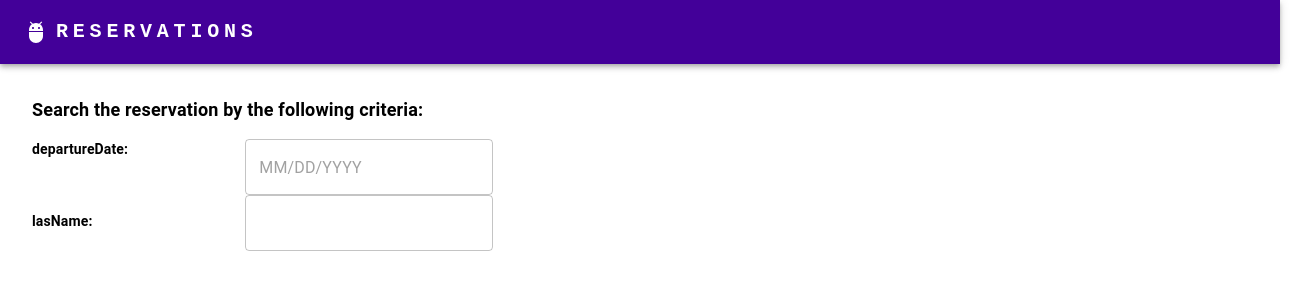
Repository: jbpadilha/reservationAWSRXJS
Page: /search
An editor plug-in stored every save of this project. The page is shown before and after a run of saves, followed by the edit.
The browser window is 1280 px wide. The page is 1312 px wide, so the pictures cover 1312 px, including what lies to the right of the window. The pictures show the whole page.
The project was rebuilt for these pictures with package versions that can differ from the ones it lists, and the page was loaded fresh each time. Also part of the build but not shown: src/App.css.

Above is the page before, as saved 2023-07-11 20:17:00.

### src/index.tsx
import React, { Suspense } from "react";
import ReactDOM from "react-dom";
import { Provider } from "react-redux";
import { ThemeProvider } from "@mui/material/styles";
import "./index.css";
import { PersistGate } from "redux-persist/integration/react";
import { CircularProgress, LinearProgress } from "@mui/material";
import { persistStore } from "redux-persist";
import App from "./App";
import muiTheme from "./config/muiTheme";
import { store } from "./store/store";
import "./config/i18next";

<link rel="preconnect" href="https://fonts.googleapis.com" />;
<link rel="preconnect" href="https://fonts.gstatic.com" crossOrigin="" />;
<link
  href="https://fonts.googleapis.com/css2?family=Inter:wght@100;300;400;500;600;700&family=Roboto:ital,wght@0,300;0,400;0,500;0,700;1,400&display=swap"
  rel="stylesheet"
/>;
<link
  rel="stylesheet"
  href="https://fonts.googleapis.com/icon?family=Material+Icons"
/>;

// eslint-disable-next-line import/prefer-default-export
export const persistor = persistStore(store as any);

ReactDOM.render(
  <Provider store={store}>
    <PersistGate loading={<CircularProgress />} persistor={persistor}>
      <ThemeProvider theme={muiTheme}>
        <Suspense fallback={<LinearProgress />}>
          <App />
        </Suspense>
      </ThemeProvider>
    </PersistGate>
  </Provider>,
  document.getElementById("root") as HTMLElement,
);

### src/App.tsx
import React from "react";
import "./App.css";

import RoutesComponent from "./components/routes/RoutesComponent";

const App = () => (
  <div className="App">
    <RoutesComponent />
  </div>
);

export default App;

### src/config/muiTheme.ts
import { createTheme } from "@mui/material";

const muiTheme = createTheme({
  background: "white",
  breakpoints: {
    values: {
      xs: 0,
      sm: 600,
      md: 960,
      lg: 1440,
      xl: 1964,
    },
  },
  palette: {
    primary: {
      main: "#430099",
      dark: "#EB078C",
    },
    baseColor: "##430099",
    baseColorTxt: "#6c757d",
    lightGreyTxt: "#98a6ad",
    backgroundGray: "#F9F9F9",
    titleDarkRed: "#0B1B39",
    fontColorRed: "#EB078C",
  },
});

export default muiTheme;

### src/store/store.ts
import { configureStore } from "@reduxjs/toolkit";
import { persistReducer } from "redux-persist";
import sessionStorage from "redux-persist/lib/storage";
import reducers from "./reducers";

const persistConfig = {
  key: "root",
  storage: sessionStorage,
};

const persistedReducer = persistReducer(persistConfig, reducers);

export const store = configureStore({ reducer: persistedReducer });

// Infer the `RootState` and `AppDispatch` types from the store itself
export type RootState = ReturnType<typeof store.getState>;
// Inferred type: {posts: PostsState, comments: CommentsState, users: UsersState}
export type AppDispatch = typeof store.dispatch;

### src/config/i18next.ts
/* eslint-disable import/no-unresolved */
/* eslint-disable camelcase */
import i18next from "i18next";
import { initReactI18next } from "react-i18next";
import LanguageDetector from "i18next-browser-languagedetector";

import en from "./locales/eng.json";

const options = {
  // order and from where user language should be detected
  order: [
    "querystring",
    "cookie",
    "localStorage",
    "sessionStorage",
    "navigator",
    "htmlTag",
    "path",
    "subdomain",
  ],
};

const i18nOptions: any = {
  fallbackLng: "en",
  detection: options,
  debug: false,
  resources: {
    en: { translation: en },
  },
  interpolation: {
    escapeValue: false,
  },
  react: {
    bindI18n: "languageChanged",
    bindI18nStore: "",
    transEmptyNodeValue: "",
    transSupportBasicHtmlNodes: true,
    useSuspense: true,
    omitBoundRerender: false,
  },
};

i18next.use(LanguageDetector).use(initReactI18next).init(i18nOptions);

export default i18next;

### src/components/routes/RoutesComponent.tsx
import React from "react";
import { BrowserRouter, Route, Routes } from "react-router-dom";

const Main = React.lazy(() => import("../Main"));
const RoutesComponent = () => {
  return (
    <BrowserRouter>
      <Routes>
        <Route path="/" element={<Main />} />
        <Route path="*" element={<Main />} />
      </Routes>
    </BrowserRouter>
  );
};
export default RoutesComponent;

### src/store/reducers.ts
import { combineReducers } from "redux";
import genericReducer from "./genericReducer";

export default combineReducers({
  reservations: genericReducer,
});

### src/config/locales/eng.json
{
    "departureDate": "departureDate",
    "lasName": "lasName"
}

### src/components/Main.tsx
import React from "react";
import { Grid } from "@mui/material";
import Header from "./Header";
import MainRoutes from "./routes/MainRoutes";

const Main = () => {
  return (
    <Grid
      container
      sx={{ width: "100%", height: "100%", flexDirection: "row" }}
    >
      <Grid component="header" item xs={12} sx={{ fontSize: 24 }}>
        <Header />
      </Grid>
      <Grid item xs={12} component="main">
        <MainRoutes />
      </Grid>
    </Grid>
  );
};

export default Main;

### src/store/genericReducer.ts
/* eslint-disable default-param-last */
import { Action, State } from "../interfaces/interfaces";
import { GenericActions } from "./genericActions";

const initialState: State = {
  openMessageModal: false,
  typeMessage: "info",
  messageModal: "",
  loading: false,
};
const genericReducer = (
  state: State = initialState,
  { type, payload }: Action,
): any => {
  switch (type) {
    case GenericActions.CLOSE_MESSAGE_MODAL:
      return {
        ...state,
        openMessageModal: false,
        messageModal: null,
        typeMessage: "info",
      };
    case GenericActions.INFO_MESSAGE_MODAL:
      return {
        ...state,
        openMessageModal: true,
        messageModal: payload,
        typeMessage: "info",
      };
    case GenericActions.SUCCESS_MESSAGE_MODAL:
      return {
        ...state,
        openMessageModal: true,
        messageModal: payload,
        typeMessage: "success",
      };
    case GenericActions.FAIL_MESSAGE_MODAL:
      return {
        ...state,
        openMessageModal: true,
        messageModal: payload,
        typeMessage: "error",
      };
    case GenericActions.API_GENERIC_SUCCESS: {
      switch (payload?.actionType) {
        default:
          return state;
      }
    }
    case GenericActions.API_GENERIC_ERROR: {
      switch (payload?.actionType) {
        default:
          return state;
      }
    }
    default:
      return state;
  }
};

export default genericReducer;

### src/components/Header.tsx
import React from "react";
import { AppBar, Toolbar, Typography } from "@mui/material";
import Container from "@mui/material/Container";
import AdbIcon from "@mui/icons-material/Adb";

const Header = () => {
  return (
    <AppBar position="static">
      <Container maxWidth="xl">
        <Toolbar disableGutters>
          <AdbIcon sx={{ display: { xs: "none", md: "flex" }, mr: 1 }} />
          <Typography
            variant="h6"
            noWrap
            component="a"
            href="/"
            sx={{
              mr: 2,
              display: { xs: "none", md: "flex" },
              fontFamily: "monospace",
              fontWeight: 700,
              letterSpacing: ".3rem",
              color: "inherit",
              textDecoration: "none",
            }}
          >
            RESERVATIONS
          </Typography>
        </Toolbar>
      </Container>
    </AppBar>
  );
};

export default Header;

### src/components/routes/MainRoutes.tsx
import { Suspense } from "react";
import { LinearProgress } from "@mui/material";
import { Route, Routes } from "react-router-dom";
import { MultiRoutes } from "../../interfaces/interfaces";
import generalRoutes from "./generalRoutes";

const MainRoutes = () => {
  const routes: MultiRoutes[] = [];
  routes.push(...generalRoutes);

  return (
    <Suspense fallback={<LinearProgress />}>
      <Routes>
        {routes.map((route: MultiRoutes) => (
          <Route key={route.key} path={route.path} element={route.element} />
        ))}
      </Routes>
    </Suspense>
  );
};

export default MainRoutes;

### src/store/genericActions.ts
import { Action } from "../interfaces/interfaces";

export const GenericActions = {
  API_GENERIC_SUCCESS: "API_GENERIC_SUCCESS",
  API_GENERIC_ERROR: "API_GENERIC_ERROR",
  CLOSE_MESSAGE_MODAL: "CLOSE_MESSAGE_MODAL",
  SUCCESS_MESSAGE_MODAL: "SUCCESS_MESSAGE_MODAL",
  FAIL_MESSAGE_MODAL: "FAIL_MESSAGE_MODAL",
  INFO_MESSAGE_MODAL: "INFO_MESSAGE_MODAL",
};

// Generic Api Response Generic Action
export const apiResponseSuccess = (
  actionType: string,
  payload: Action,
): Action => ({
  type: actionType,
  payload: { actionType: payload.type, data: payload.payload },
});

export const apiResponseError = (
  actionType: string,
  payload: Action,
): Action => ({
  type: actionType,
  payload: { actionType: payload.type, data: payload.error },
});

export const infoMessageModal = (message: string): Action => ({
  type: GenericActions.INFO_MESSAGE_MODAL,
  payload: message,
});

export const successMessageModal = (message: string): Action => ({
  type: GenericActions.SUCCESS_MESSAGE_MODAL,
  payload: message,
});

export const failMessageModal = (message: string): Action => ({
  type: GenericActions.FAIL_MESSAGE_MODAL,
  payload: message,
});

export const closeMessageModal = (): Action => ({
  type: GenericActions.CLOSE_MESSAGE_MODAL,
  payload: false,
});

### src/components/routes/generalRoutes.tsx
import React from "react";
import { MultiRoutes } from "../../interfaces/interfaces";

const SearchReservations = React.lazy(() => import("../SearchReservations"));

const generalRoutes: MultiRoutes[] = [
  {
    path: "/search",
    key: "SearchReservations",
    element: <SearchReservations />,
  },
];

export default generalRoutes;

### src/components/SearchReservations.tsx
/* eslint-disable no-unused-vars */
/* eslint-disable @typescript-eslint/no-unused-vars */
import React, { useState } from "react";
import { Grid, TextField, Typography } from "@mui/material";
import { useTranslation } from "react-i18next";
import { DatePicker } from "@mui/x-date-pickers/DatePicker";
import { LocalizationProvider } from "@mui/x-date-pickers";
import { AdapterDayjs } from "@mui/x-date-pickers/AdapterDayjs";

const SearchReservations = () => {
  const { t } = useTranslation();
  const [msgErr, setMsgErr] = useState<Map<string, string>>(new Map());

  return (
    <LocalizationProvider dateAdapter={AdapterDayjs}>
      <Grid container sx={{ top: 10, margin: 4 }}>
        <Grid item xs={12}>
          <Typography sx={{ fontSize: 18, fontWeight: "bold" }}>
            Search the reservation by the following criteria:
          </Typography>
        </Grid>
        <Grid item xs={12} sx={{ marginTop: 2 }}>
          <Grid container>
            <Grid item xs={2}>
              <Typography sx={{ fontSize: 14, fontWeight: "bold" }}>
                {t("departureDate")}:
              </Typography>
            </Grid>
            <Grid item xs={10}>
              <DatePicker />
            </Grid>
            <Grid item xs={2} sx={{ marginTop: 2 }}>
              <Typography sx={{ fontSize: 14, fontWeight: "bold" }}>
                {t("lasName")}:
              </Typography>
            </Grid>
            <Grid item xs={10}>
              <TextField  />
            </Grid>
          </Grid>
        </Grid>
      </Grid>
    </LocalizationProvider>
  );
};

export default SearchReservations;

Loaded but not shown: public/index.html (common file); src/index.css (common file)

After the next 2 saves:
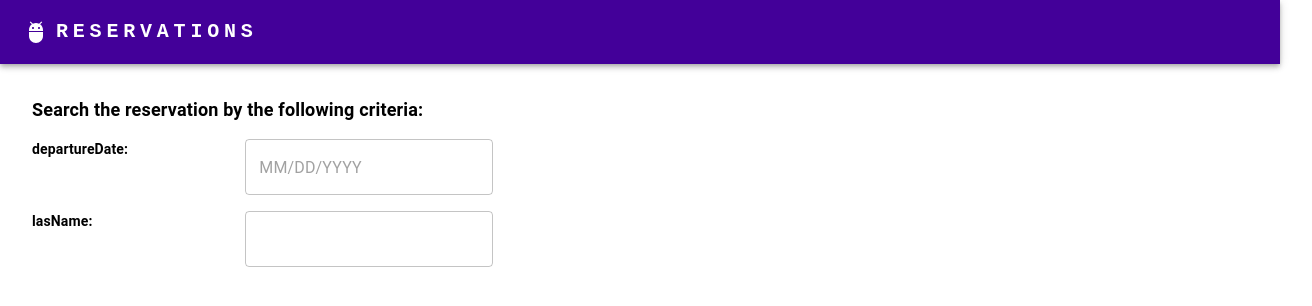
The 2 saves are shown as one change because they came seconds apart.
The last was saved 11 s later.
--- a/src/components/SearchReservations.tsx
+++ b/src/components/SearchReservations.tsx
@@ -34,8 +34,8 @@ const SearchReservations = () => {
                 {t("lasName")}:
               </Typography>
             </Grid>
-            <Grid item xs={10}>
-              <TextField  />
+            <Grid item xs={10} sx={{ marginTop: 2 }}>
+              <TextField />
             </Grid>
           </Grid>
         </Grid>
